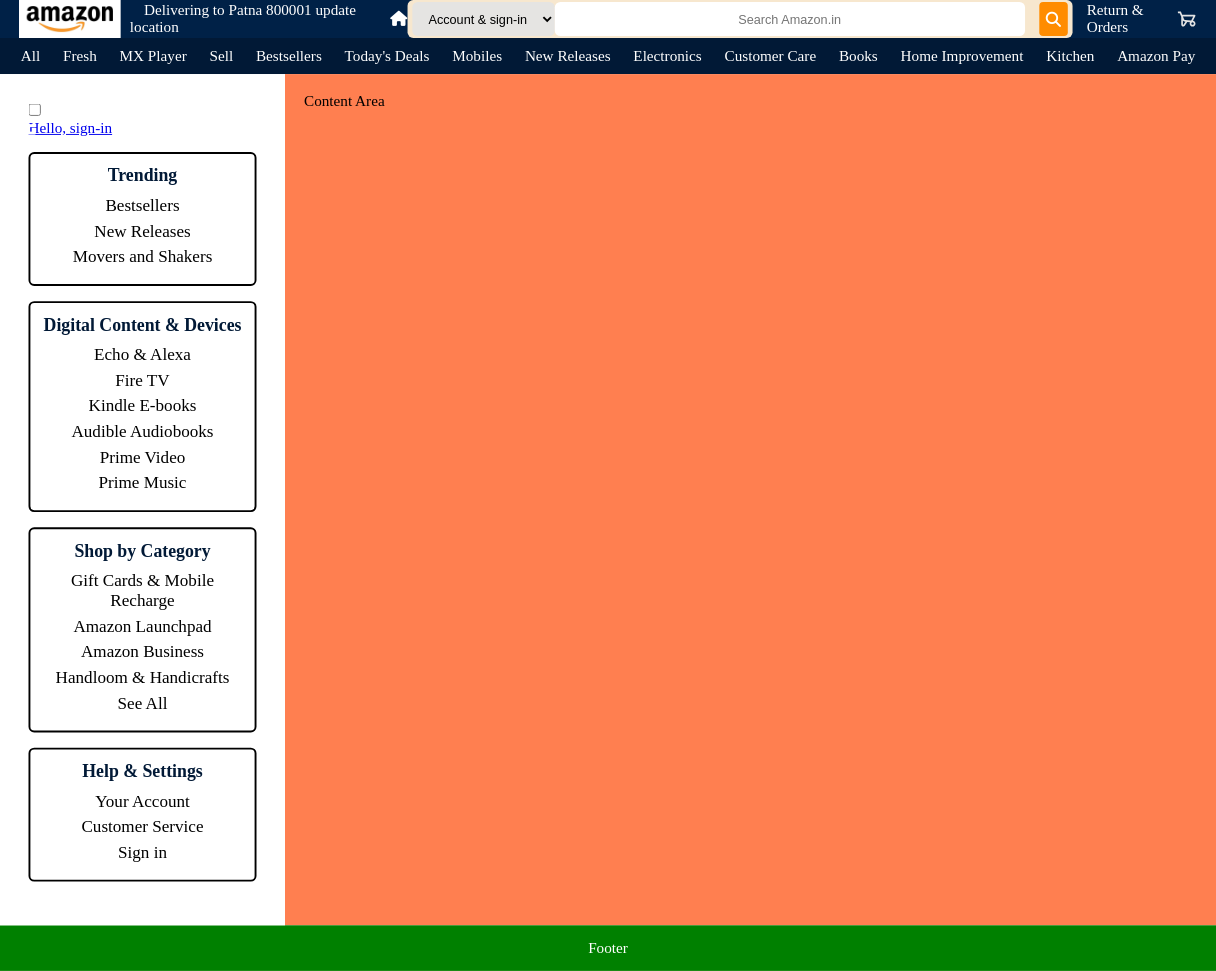
Repository: sristigupta04/basic-js-project
Page: amazon/ami.html
An editor plug-in stored every save of this project. The page is shown before and after the next save, followed by the edit.
The browser window is 1280 px wide. The pictures show the whole page, at 95% of full size.

Above is the page before, as saved 2025-11-02 01:36:54.

### amazon/ami.html
<!DOCTYPE html>
<html lang="en">
<head>
  <meta charset="UTF-8" />
  <meta name="viewport" content="width=device-width, initial-scale=1.0" />
  <title>Amazon Page</title>
  <link rel="stylesheet" href="ami.css" />
  <link
    rel="stylesheet"
    href="https://cdnjs.cloudflare.com/ajax/libs/font-awesome/6.4.0/css/all.min.css"
  />
  <link
    href="https://fonts.googleapis.com/css2?family=Poppins&display=swap"
    rel="stylesheet"
  />
</head>

<body>
  <div class="container">

    <!-- Navbar -->
    <div class="navbar">
      <img class="fit-picture" src="pic.jpg" alt="author" />

      <div class="address">
        <a href="#">Delivering to Patna 800001 update location</a>
      </div>

      <a href="#" class="house"><i class="fa-solid fa-house"></i></a>

      <div class="tool">
        <select name="tools" id="option">
          <option value="">Account & sign-in</option>
          <option value="dog">Baby wishlist</option>
          <option value="cat">Your account</option>
          <option value="hamster">Your wish list</option>
          <option value="parrot">Keep shopping</option>
          <option value="spider">Your recommendations</option>
          <option value="goldfish">Prime account</option>
        </select>

        <input type="text" placeholder="Search Amazon.in" />
        <a href="#"><i class="fa-solid fa-magnifying-glass"></i></a>
      </div>

      <a href="#">Return & Orders</a>

      <svg
        xmlns="http://www.w3.org/2000/svg"
        height="24px"
        viewBox="0 -960 960 960"
        width="24px"
        fill="#e3e3e3"
      >
        <path
          d="M292-120q-38 0-65-27.5T200-213v-371l-73-176H40v-80h141l66 160h591q23 0 35 19t1 39L760-399q51 8 85.5 47t34.5 92q0 58-40.5 99T741-120q-59 0-99.5-41T601-260q0-20 5-37t14-33l-131-12-120 180q-13 20-33.5 31T292-120Zm382-285 99-195H280l50 120q8 20 25.5 33.5T396-431l278 26ZM293-201q2 0 9-5l97-144q-49-5-77-23.5T280-412v200q0 5 4 8t9 3Zm447 1q26 0 43-17.5t17-42.5q0-26-17-43t-43-17q-25 0-42.5 17T680-260q0 25 17.5 42.5T740-200Zm-66-205-278-26 278 26Z"
        />
      </svg>
    </div>

    <!-- Second Navbar -->
    <div class="navbar-second">
      <a href="#">All</a>
      <a href="#">Fresh</a>
      <a href="#">MX Player</a>
      <a href="#">Sell</a>
      <a href="#">Bestsellers</a>
      <a href="#">Today's Deals</a>
      <a href="#">Mobiles</a>
      <a href="#">New Releases</a>
      <a href="#">Electronics</a>
      <a href="#">Customer Care</a>
      <a href="#">Books</a>
      <a href="#">Home Improvement</a>
      <a href="#">Kitchen</a>
      <a href="#">Amazon Pay</a>
    </div>

    <!-- Main Area -->
    <div class="main-area">

      <!-- Sidebar -->
      <div class="Sidebar">
        <input type="checkbox" id="check" />
        <div class="btn_one">
          <label for="check" style="color: white">
            <i class="fa-solid fa-bars"></i>
          </label>
        </div>
        <div class="sidebar_menu">
          <div class="logo">
            <a href="#">Hello, sign-in</a>
          </div>
          <div class="btn_two">
            <label for="check" style="color: grey">
              <i class="fa-solid fa-xmark"></i>
            </label>
          </div>
        </div>

        <div class="trending">
          <h3>Trending</h3>
          <a href="#">Bestsellers</a>
          <a href="#">New Releases</a>
          <a href="#">Movers and Shakers</a>
        </div>

        <div class="digital">
          <h3>Digital Content & Devices</h3>
          <a href="#">Echo & Alexa</a>
          <a href="#">Fire TV</a>
          <a href="#">Kindle E-books</a>
          <a href="#">Audible Audiobooks</a>
          <a href="#">Prime Video</a>
          <a href="#">Prime Music</a>
        </div>

        <div class="shop">
          <h3>Shop by Category</h3>
          <a href="#">Gift Cards & Mobile Recharge</a>
          <a href="#">Amazon Launchpad</a>
          <a href="#">Amazon Business</a>
          <a href="#">Handloom & Handicrafts</a>
          <a href="#">See All</a>
        </div>

        <div class="help">
          <h3>Help & Settings</h3>
          <a href="#">Your Account</a>
          <a href="#">Customer Service</a>
          <a href="#">Sign in</a>
        </div>
      </div>

      <!-- Content -->
      <div class="Content">Content Area</div>
    </div>

    <!-- Footer -->
    <div class="Footer">Footer</div>

  </div>

  <script src="ami.js"></script>
</body>
</html>

### amazon/ami.css
* {
  padding: 0;
  margin: 0;
  box-sizing: border-box;
}

/* Whole page layout */
.container {
  display: flex;
  flex-direction: column; /* So navbars are stacked vertically */
  height: 100vh;
}

/* 🔹 Top Navbar */



.navbar {
  background-color: #002147;
  height: 100px;
  display: flex;
  align-items: center;
  justify-content: space-around;
  padding: 0 20px;
  color: white;
}

/* Logo */
.navbar img {
  height: 40px;
  margin-right: 10px;
}

/* Address link */
.navbar .address a {
  text-decoration: none;
  color: white;
}

/* Navbar links */
.navbar a {
  text-decoration: none;
  color: white;
  margin-left: 15px;
}

/* Search + Select box area */
.navbar .tool {
  display: flex;
  align-items: center;
  justify-content: space-between;
  background-color:#F7E7CE;
  text-align: center;
  width: 700px;
  height: 40px;
  border-radius: 6px;
  padding: 0 5px;
}

/* Dropdown inside tool */
.navbar .tool #option {
  border-radius: 6px;
  background-color: #E5E4E2;
  width: 150px;
  height: 36px;
  padding: 0.23rem;
  text-align: center;
  border: none;
  outline: none;
}

/* Input box inside tool */
.navbar .tool input {
  border-radius: 6px;
  width: 650px;
  height: 36px;
  padding: 0.23rem;
  text-align: center;
  border: none;
  outline: none;
}

/* Search icon link */
.navbar .tool a {
  display: flex;
  align-items: center;
  justify-content: center;
  background-color: #FF8C00;
  height: 36px;
  width: 40px;
  border-radius: 4px;
  color: white;
  text-decoration: none;
}

.navbar .tool input :hover{
  background-color: gray;
  border-color: coral;
}

/* 🔹 Second Navbar */
.navbar-second {
  background-color: #011936;
  color: white;
  padding: 10px;
  text-align: center;
    justify-content: space-around;

}

.navbar-second a {
  text-decoration: none;
  color: white;
  margin: 0 10px;
}

/* 🔸 Main layout (Sidebar + Content) */
.main-area {
  flex: 1;
  display: flex;
}

/* Sidebar on left */
/* Sidebar */
.Sidebar {
  background-color:white;
  width: 300px;
  padding: 30px;
  color: white;
  position: relative;
}

/* Menu button (hamburger icon) */
.btn_one {
  color: white;
  font-size: 25px;
  position: absolute;
  left: 16px;
  line-height: 30px;
  cursor: pointer;
}

/* Sidebar sections */
.trending,
.digital,
.shop,
.help {
  border: 2px solid black;
  width: 100%;
  text-align: center;
  margin: 1rem 0;
  padding: 12px;
  border-radius: 6px;
  background-color: rgba(255, 255, 255, 0.1);
}

/* Section titles */
h3 {
  color: #011936;
  margin-bottom: 10px;
}

/* Sidebar links */
.trending a,
.digital a,
.shop a,
.help a {
  display: block;
  text-decoration: none;
  color: black;
  font-size: 18px;
  font-weight: 400;
  margin: 6px 0;
  transition: color 0.3s;
}

/* Hover effect */
.trending a:hover,
.digital a:hover,
.shop a:hover,
.help a:hover {
  color:#011936;
}

/* Close button inside sidebar */
.sidebar_menu .btn_two i {
  color: white;
  font-size: 25px;
  position: absolute;
  left: 275px;
  line-height: 60px;
  cursor: pointer;
}


/* Content on right */
.Content {
  flex: 1;
  background-color: coral;
  padding: 20px;
}

/* Footer at bottom */
.Footer {
  background-color: green;
  color: white;
  text-align: center;
  padding: 15px;
}

Loaded but not shown: amazon/ami.js (empty)

After the next save:
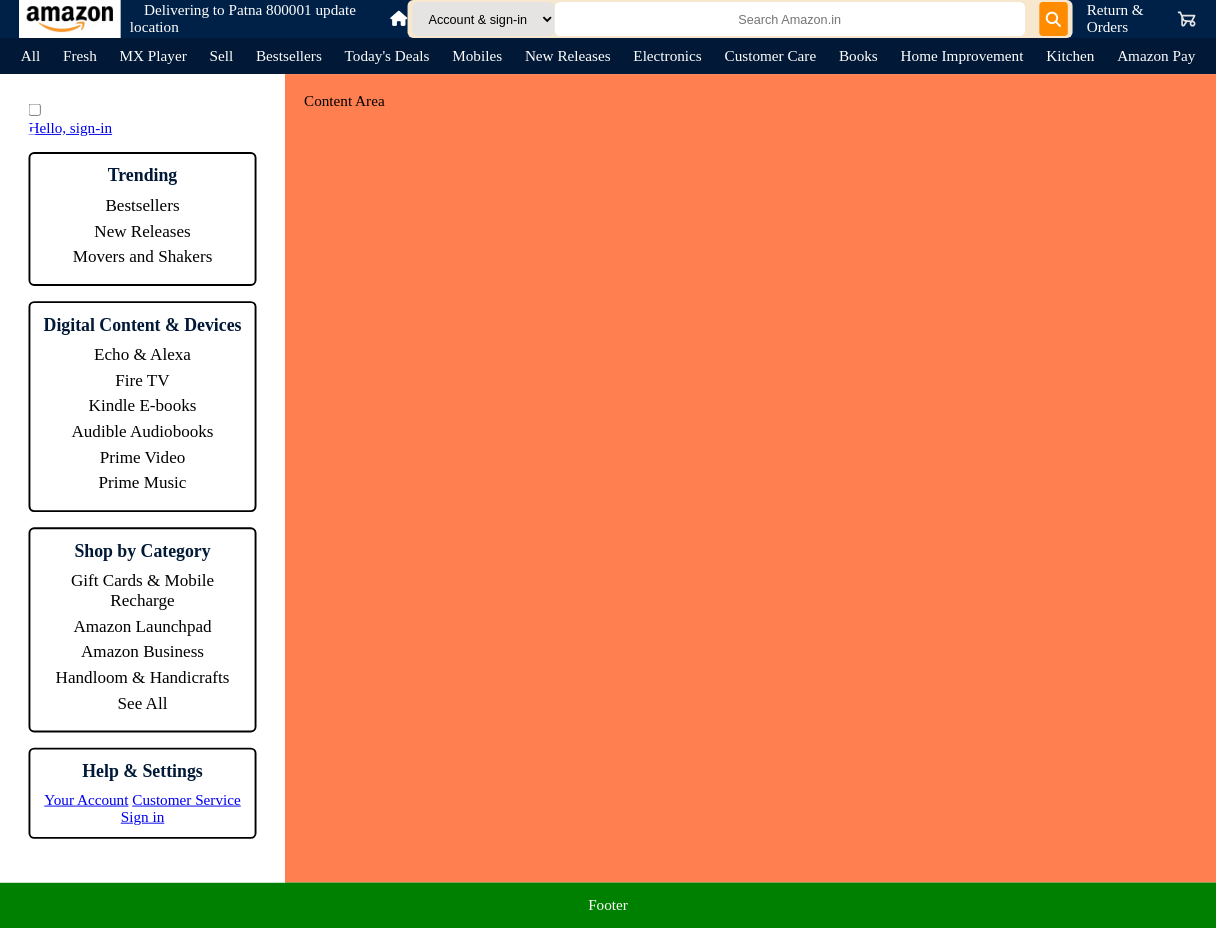
Saved 67 s later.
--- a/amazon/ami.css
+++ b/amazon/ami.css
@@ -164,7 +164,7 @@ h3 {
 .trending a,
 .digital a,
 .shop a,
-.help a {
+.help .logo a {
   display: block;
   text-decoration: none;
   color: black;

After the save that followed:
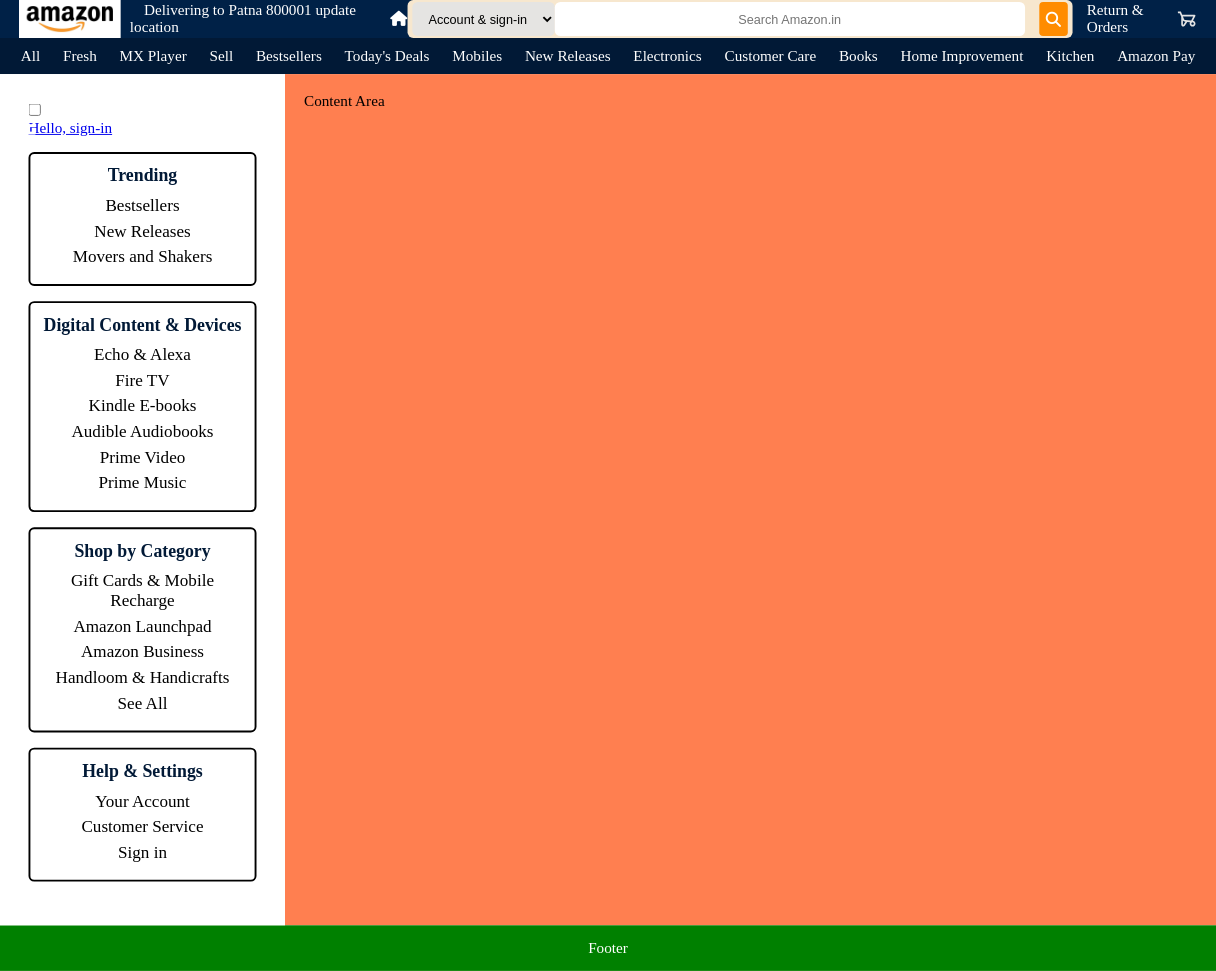
Saved 5 s later.
--- a/amazon/ami.css
+++ b/amazon/ami.css
@@ -164,7 +164,7 @@ h3 {
 .trending a,
 .digital a,
 .shop a,
-.help .logo a {
+.help a {
   display: block;
   text-decoration: none;
   color: black;
